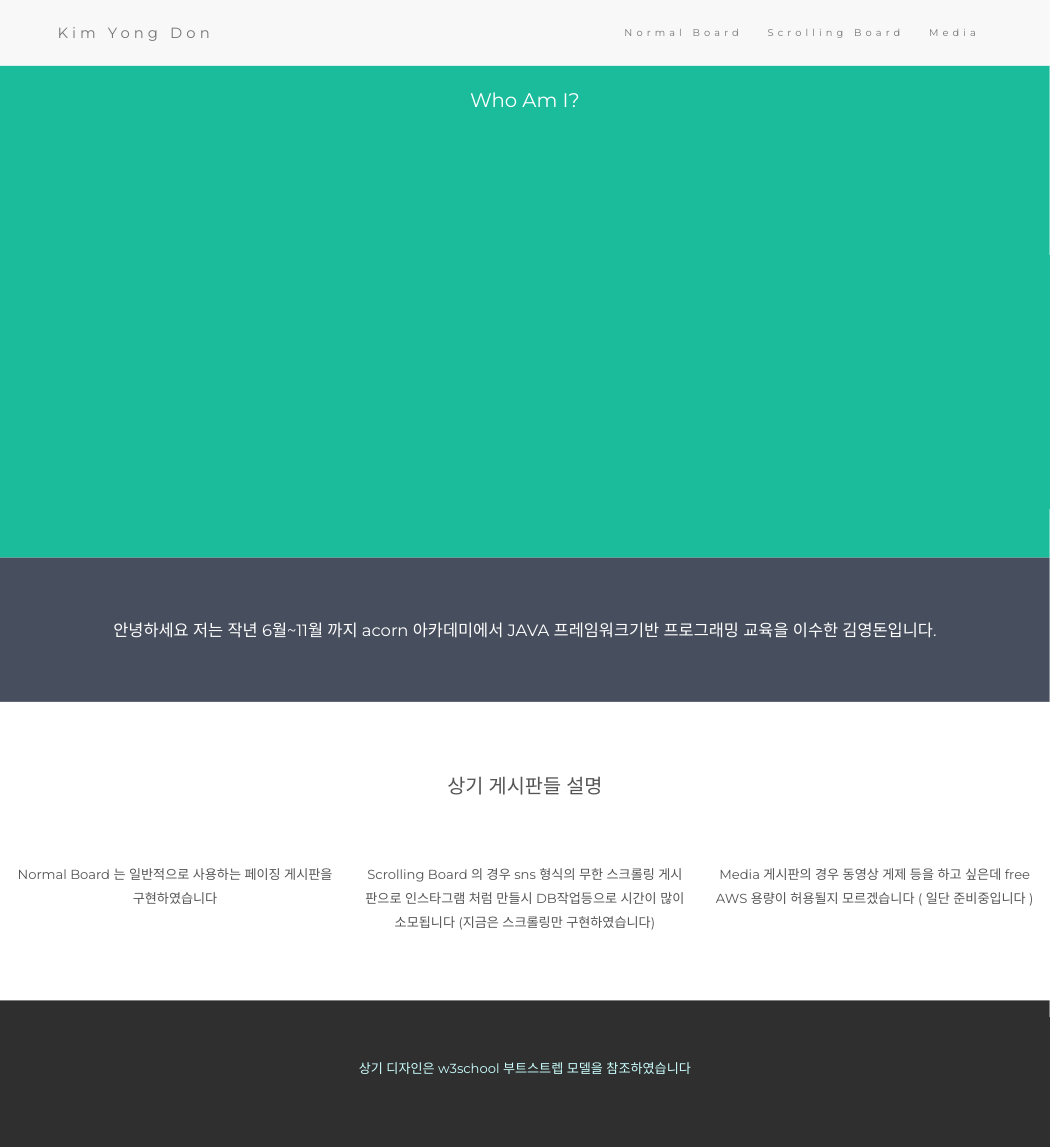
Repository: jjjikolpp/Developer
Page: http://localhost/myProject/demo.jsp
These files come from the project's save history. The page is drawn as it stood at one moment and after the next save; the edit follows.
The browser window is 1280 px wide. The pictures show the whole page, at 82% of full size.
After loading, the first visible `a[onclick="normalBoard();"]` was clicked once.
Some web libraries are served in a nearby version. The page is served by Tomcat 9. Other server files are loaded and not shown.

Above is the page before, as saved 2017-03-01 13:42:17.

### myProject/src/main/webapp/demo.jsp
<%@ page language="java" contentType="text/html; charset=UTF-8"
    pageEncoding="UTF-8"%>
<!DOCTYPE html>
<html>
<head>
  <!-- Theme Made By www.w3schools.com - No Copyright -->
  <title>Bootstrap Theme Simply Me</title>
  <meta charset="utf-8">
  <meta http-equiv="X-UA-Compatible" content="text/html; charset=UTF-8">
  <meta name="viewport" content="width=device-width, initial-scale=1">
  <link rel="stylesheet" href="https://maxcdn.bootstrapcdn.com/bootstrap/3.3.7/css/bootstrap.min.css">
  <link href="https://fonts.googleapis.com/css?family=Montserrat" rel="stylesheet">
  <script src="https://ajax.googleapis.com/ajax/libs/jquery/3.1.1/jquery.min.js"></script>
  <script src="https://maxcdn.bootstrapcdn.com/bootstrap/3.3.7/js/bootstrap.min.js"></script>
  <script type="text/javascript">
  	function normalBoard(){
  		alert("dd");



  	}
  </script>
  <style>
  body {
      font: 20px Montserrat, sans-serif;
      line-height: 1.8;
      color: #f5f6f7;
  }
  p {font-size: 16px;}
  .margin {margin-bottom: 45px;}
  .bg-1 {
      background-color: #1abc9c; /* Green */
      color: #ffffff;
  }
  .bg-2 {
      background-color: #474e5d; /* Dark Blue */
      color: #ffffff;
  }
  .bg-3 {
      background-color: #ffffff; /* White */
      color: #555555;
  }
  .bg-4 {
      background-color: #2f2f2f; /* Black Gray */
      color: #fff;
  }
  .container-fluid {
      padding-top: 70px;
      padding-bottom: 70px;
  }
  .navbar {
      padding-top: 15px;
      padding-bottom: 15px;
      border: 0;
      border-radius: 0;
      margin-bottom: 0;
      font-size: 12px;
      letter-spacing: 5px;
  }
  .navbar-nav  li a:hover {
      color: #1abc9c !important;
  }
  </style>
</head>
<body>

<!-- Navbar -->
<nav class="navbar navbar-default">
  <div class="container">
    <div class="navbar-header">
      <button type="button" class="navbar-toggle" data-toggle="collapse" data-target="#myNavbar">
        <span class="icon-bar"></span>
        <span class="icon-bar"></span>
        <span class="icon-bar"></span>
      </button>
      <a class="navbar-brand" href="#">Kim Yong Don</a>
    </div>
    <div class="collapse navbar-collapse" id="myNavbar">
      <ul class="nav navbar-nav navbar-right">

        <li><a href="#" onClick="normalBoard();">Normal Board</a></li>
        <li><a href="#">Scrolling Board</a></li>
        <li><a href="#">Media</a></li>
      </ul>
    </div>
  </div>
</nav>

<!-- First Container -->
<div class="container-fluid bg-1 text-center" id="First_Container"  style=" padding: 10px; height: auto; min-height: 600px; overflow: auto;">
  <h3 class="margin">Who Am I?</h3>
  <h3></h3>
</div>

<!-- Second Container -->
<div class="container-fluid bg-2 text-center">
  안녕하세요 저는 작년 6월~11월 까지 acorn 아카데미에서 JAVA 프레임워크기반 프로그래밍 교육을 이수한 김영돈입니다.

</div>

<!-- Third Container (Grid) -->
<div class="container-fluid bg-3 text-center">
  <h3 class="margin">상기 게시판들 설명</h3><br>
  <div class="row">
    <div class="col-sm-4">
      <p>Normal Board 는 일반적으로 사용하는 페이징 게시판을 구현하였습니다</p>

    </div>
    <div class="col-sm-4">
      <p>Scrolling Board 의 경우 sns 형식의 무한 스크롤링 게시판으로 인스타그램 처럼 만들시 DB작업등으로 시간이 많이 소모됩니다 (지금은 스크롤링만 구현하였습니다)</p>

    </div>
    <div class="col-sm-4">
      <p>Media 게시판의 경우 동영상 게제 등을 하고 싶은데 free AWS 용량이 허용될지 모르겠습니다 ( 일단 준비중입니다 )</p>

    </div>
  </div>
</div>

<!-- Footer -->
<footer class="container-fluid bg-4 text-center">
  <p><font color="#ccffff">상기 디자인은 w3school 부트스트렙 모델을 참조하였습니다</font></p>
</footer>

</body>
</html>

After the next save:
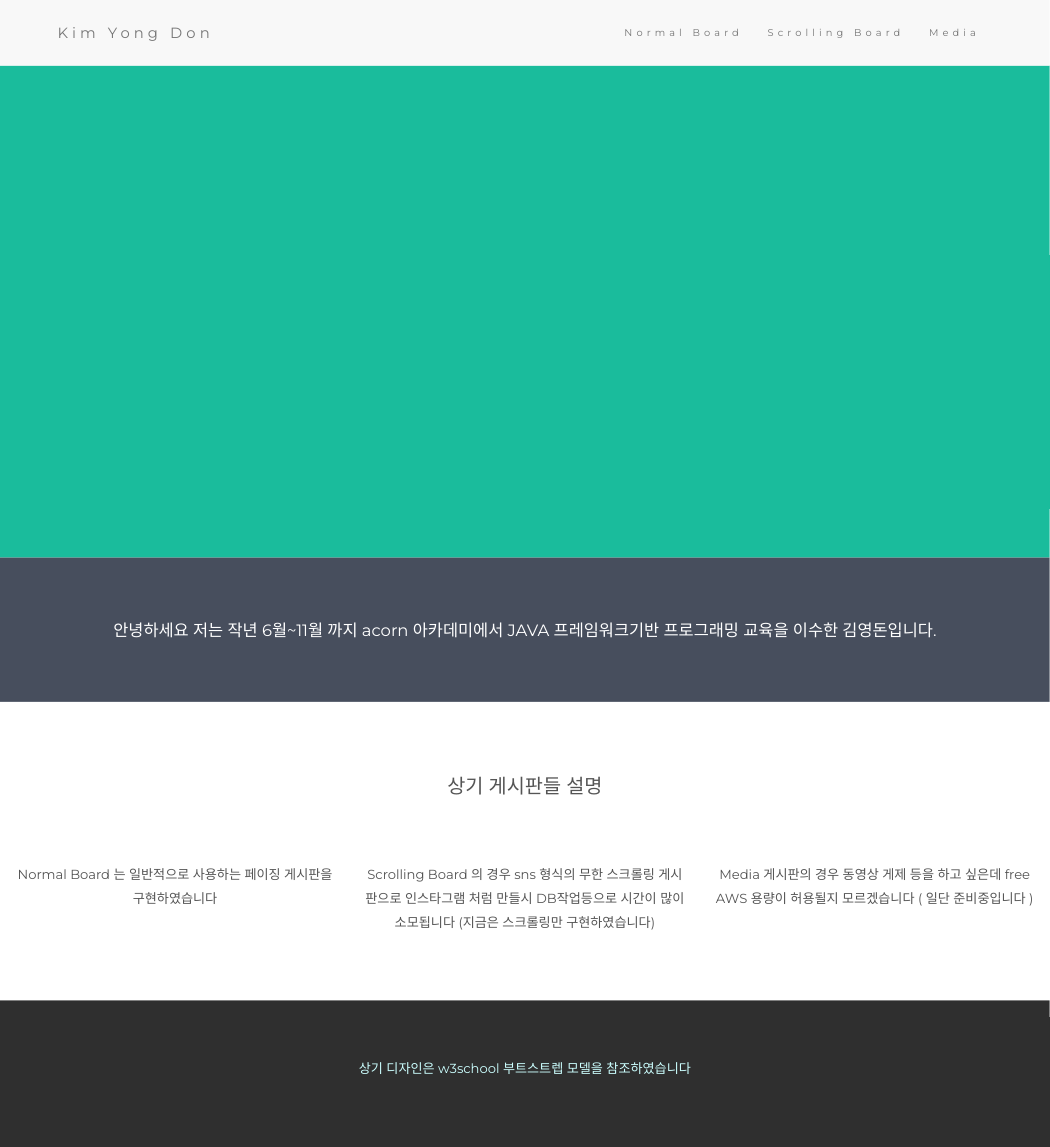
Saved 18 min 35 s later.
--- a/myProject/src/main/webapp/demo.jsp
+++ b/myProject/src/main/webapp/demo.jsp
@@ -15,7 +15,7 @@
   <script type="text/javascript">
   	function normalBoard(){
   		alert("dd");
-
+  		$("div#First_Container").empty();
 
 
   	}
